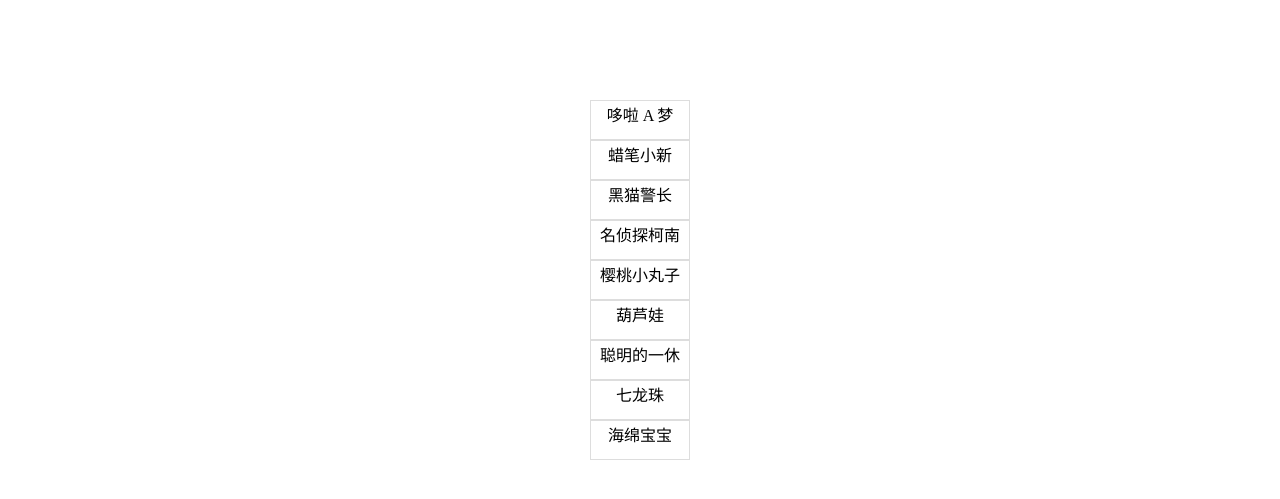
Repository: iccyyxx/StudyNotes
Page: JQuery/使用jQuery实现图片展示案例/index.html
These files come from the project's save history. The page is drawn as it stood at one moment and after the next save; the edit follows.
The browser window is 1280 px wide. The pictures show the whole page.

Above is the page before, as saved 2021-08-29 17:58:12.

After the next save:
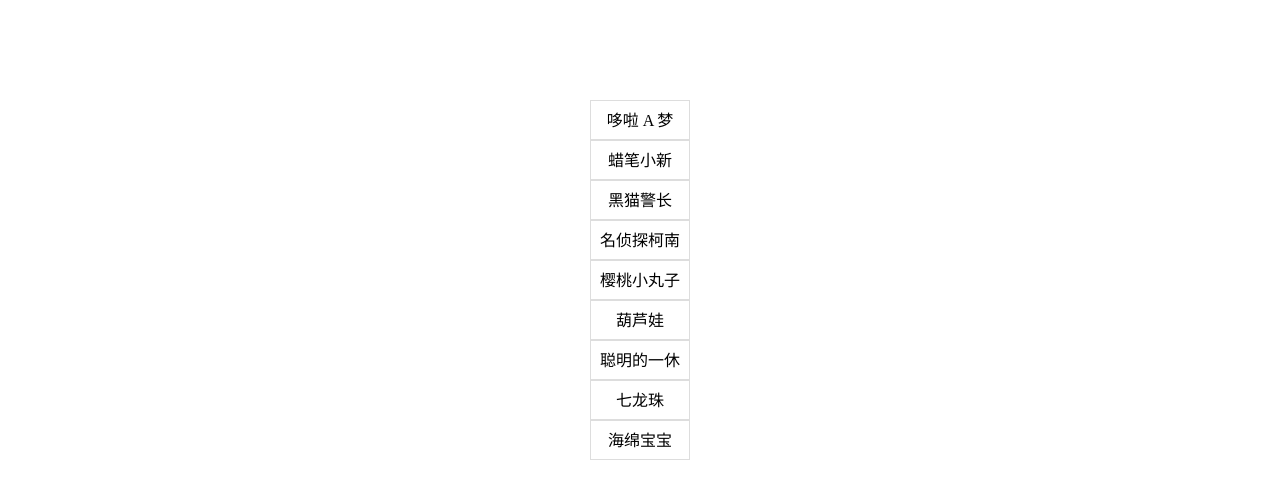
Saved 5 s later.
--- a/JQuery/使用jQuery实现图片展示案例/index.css
+++ b/JQuery/使用jQuery实现图片展示案例/index.css
@@ -26,6 +26,6 @@
 .left-tab li {
     height: 40px;
     text-align: center;
-    line-height: 30px;
+    line-height: 40px;
     border: solid 1px #ddd;
 }
